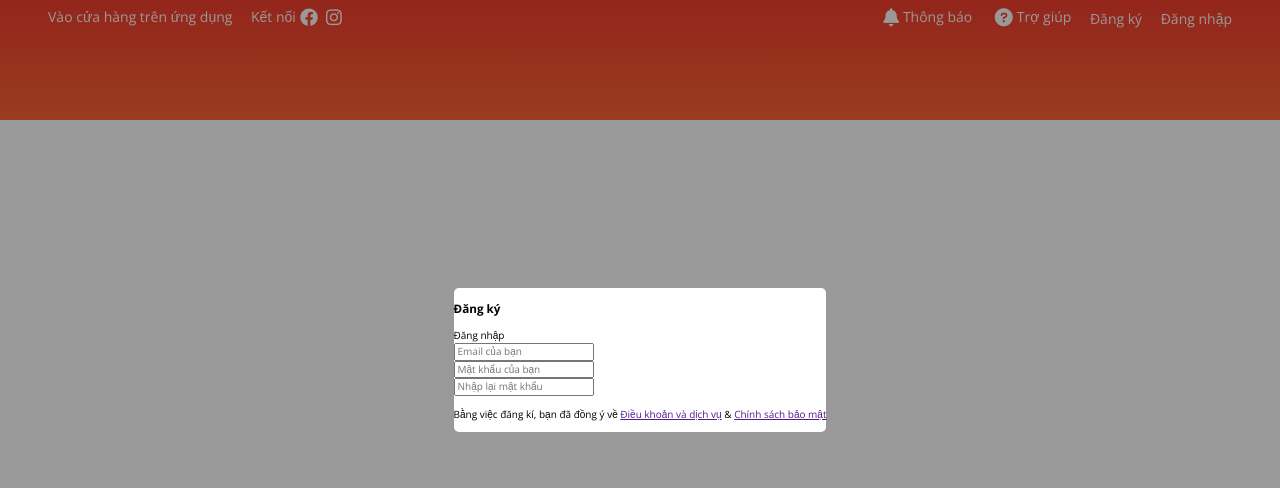
Repository: trongtamdev/Clone-Shopee-Page
Page: index.html
These files come from the project's save history. The page is drawn as it stood at one moment and after the next save; the edit follows.
The browser window is 1280 px wide. The pictures show the whole page.

Above is the page before, as saved 2022-07-08 15:18:19.

After the next save:
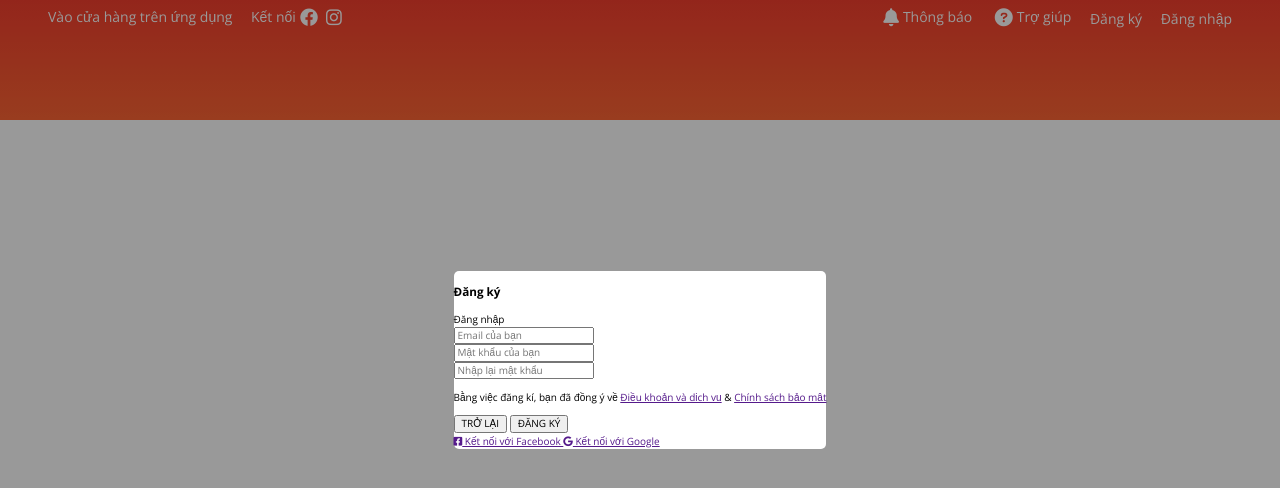
Saved 25 min 35 s later.
--- a/index.html
+++ b/index.html
@@ -105,6 +105,23 @@
                             <a href="" class="auth-form__policy-link">Chính sách bảo mật</a>
                         </p>
                     </div>
+
+                    <div class="auth-form__controls">
+                        <button class="btn">TRỞ LẠI</button>
+                        <button class="btn btn--primary">ĐĂNG KÝ</button>
+                    </div>
+
+                    <div class="auth-form__socials">
+                        <a href="" class="btn btn--with-icon">
+                            <i class="fa-brands fa-facebook-square"></i>
+                            Kết nối với Facebook
+                        </a>
+
+                        <a href="" class="btn btn--with-icon">
+                            <i class="fa-brands fa-google"></i>
+                            Kết nối với Google
+                        </a>
+                    </div>
                 </div>
             </div>
         </div>
